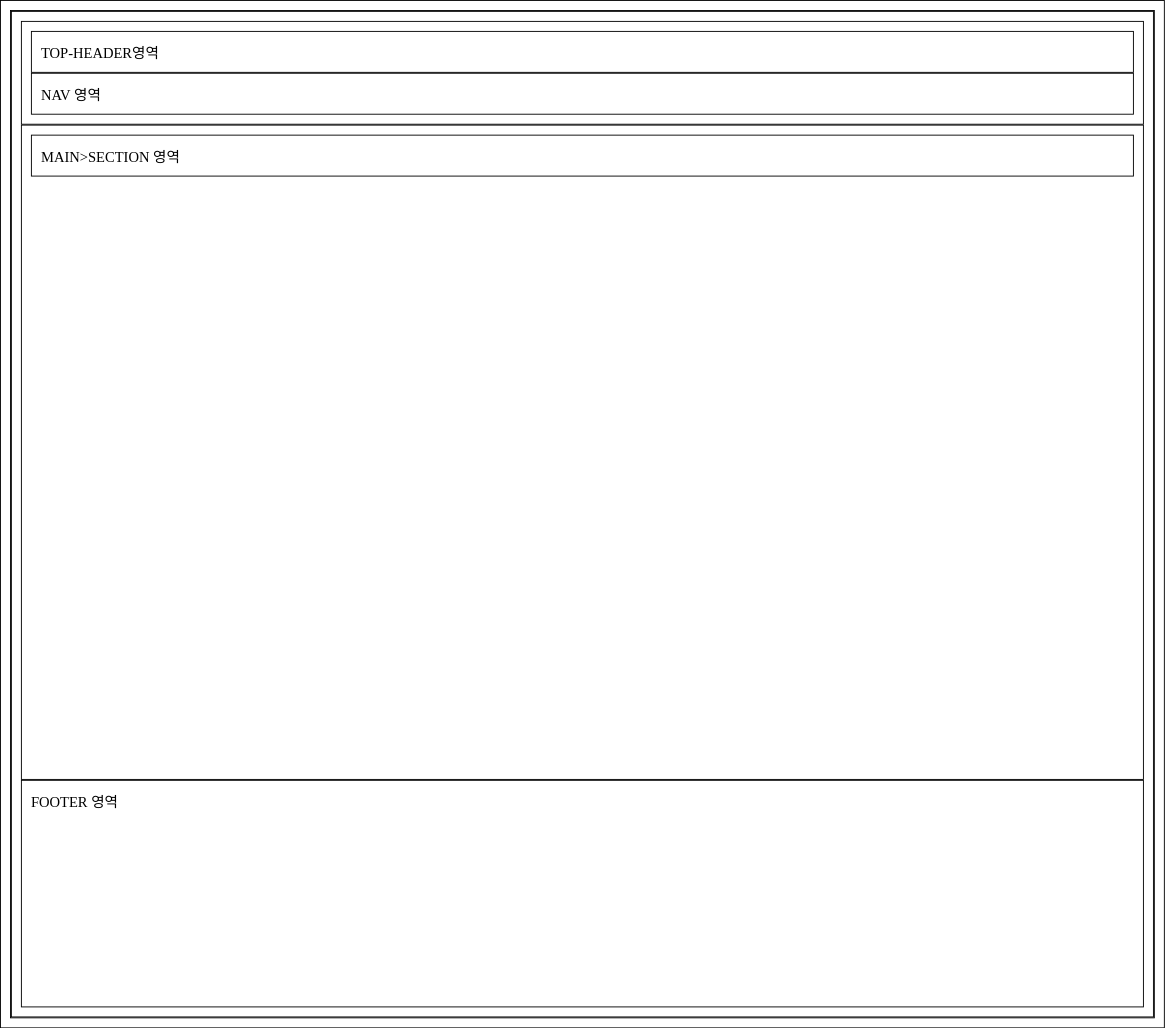
Repository: Leehj9094/JAVA_BOOK-
Page: http://localhost/01JSP/C03/02Include/index.jsp
An editor plug-in stored every save of this project. The page is shown before and after the next save, followed by the edit.
The browser window is 1280 px wide. The pictures show the whole page, at 91% of full size.
The page is served by Tomcat 9.

Above is the page before, as saved 2025-04-02 01:46:43.

After the next save:
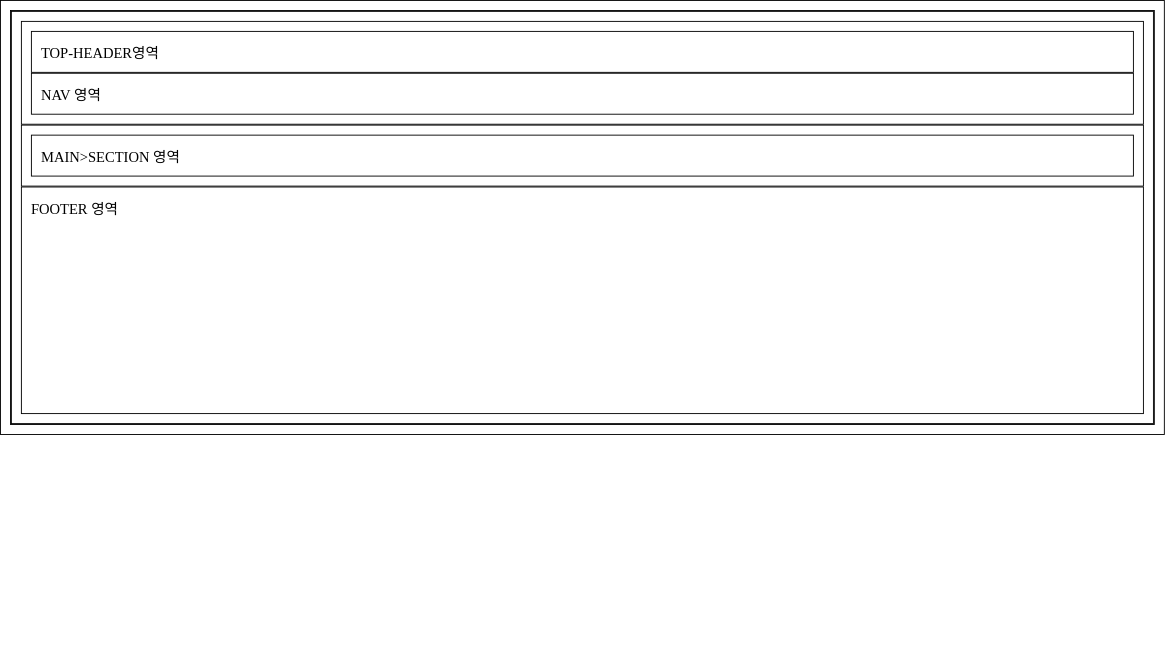
Saved 45 s later.
--- a/JSP/01JSP/src/main/webapp/C03/02Include/index.jsp
+++ b/JSP/01JSP/src/main/webapp/C03/02Include/index.jsp
@@ -16,7 +16,7 @@
 .wrapper>header{min-height:100px;}
 .wrapper>header>.top-header{min-height:25px;}
 .wrapper>header>.nav{min-height:75px;}
-.wrapper>main{min-height:100vh;}
+.wrapper>main{min-height:"100vh"; max-height:"100vh";}
 .wrapper>section{}
 .wrapper>footer{min-height:250px;}
 </style>

After the 2 saves that followed:
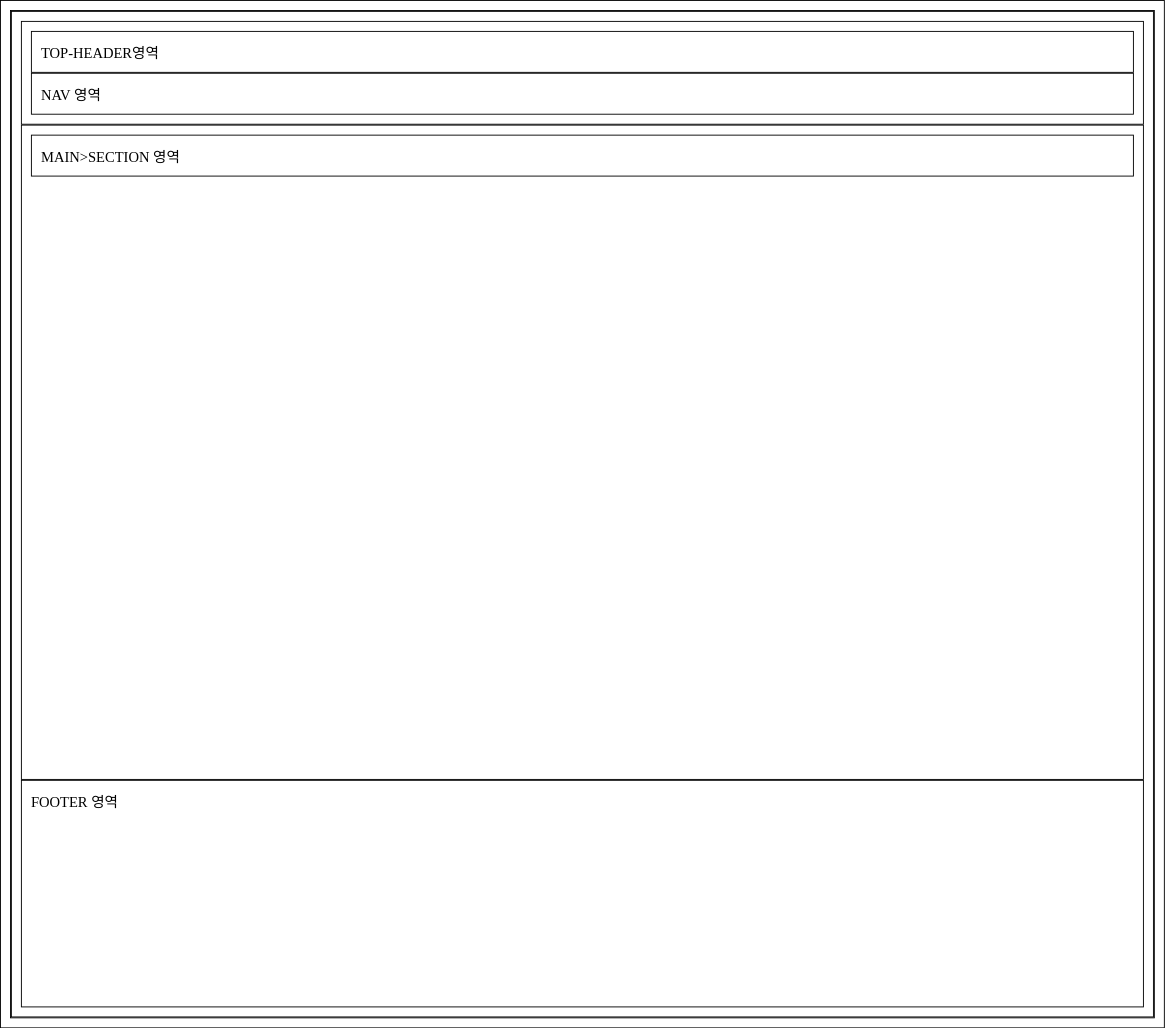
The 2 saves are shown as one change because they came seconds apart.
The last was saved 22 s later.
--- a/JSP/01JSP/src/main/webapp/C03/02Include/index.jsp
+++ b/JSP/01JSP/src/main/webapp/C03/02Include/index.jsp
@@ -16,7 +16,7 @@
 .wrapper>header{min-height:100px;}
 .wrapper>header>.top-header{min-height:25px;}
 .wrapper>header>.nav{min-height:75px;}
-.wrapper>main{min-height:"100vh"; max-height:"100vh";}
+.wrapper>main{height:100vh; min-height:"100vh"; max-height:"100vh";}
 .wrapper>section{}
 .wrapper>footer{min-height:250px;}
 </style>
